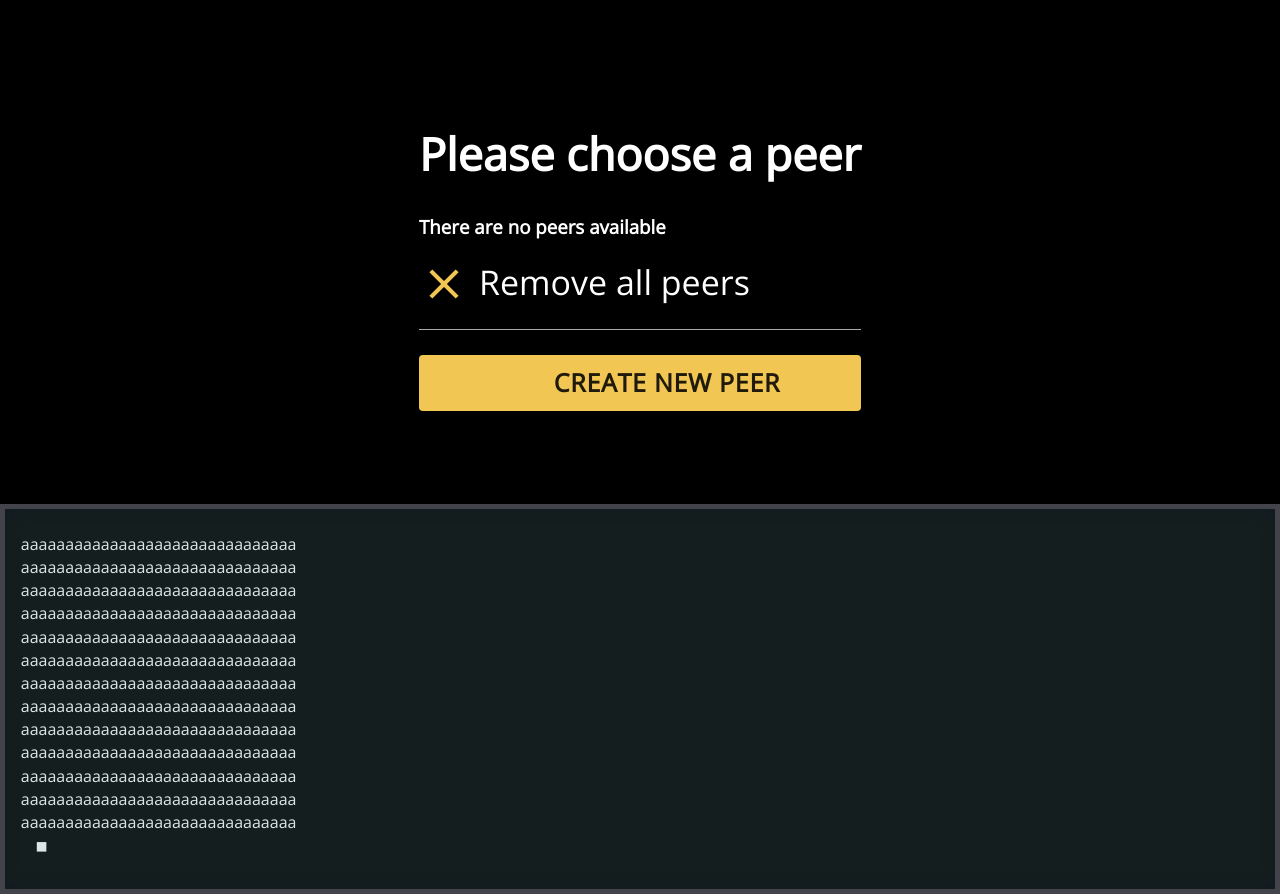
Repository: Bachdz/ASAP-Gui-Frontend
Page: /login
These files come from the project's save history. The page is drawn as it stood at one moment and after the next save; the edit follows.
The browser window is 1280 px wide. The pictures show the whole page.
The page's requests for data from a server got no answer. The project was rebuilt for these pictures with package versions that can differ from the ones it lists, and the page was loaded fresh each time. No one was signed in, and anything a server would have sent is missing. Also part of the build but not shown: src/css/loginscreen/Peer.css, src/components/fragments/Footer.js, src/components/mainscreen/subcomponents/Apps.js, src/css/mainscreen/Main.css, src/components/mainscreen/Main.js.

Above is the page before, as saved 2020-12-16 19:49:41.

After the next save:
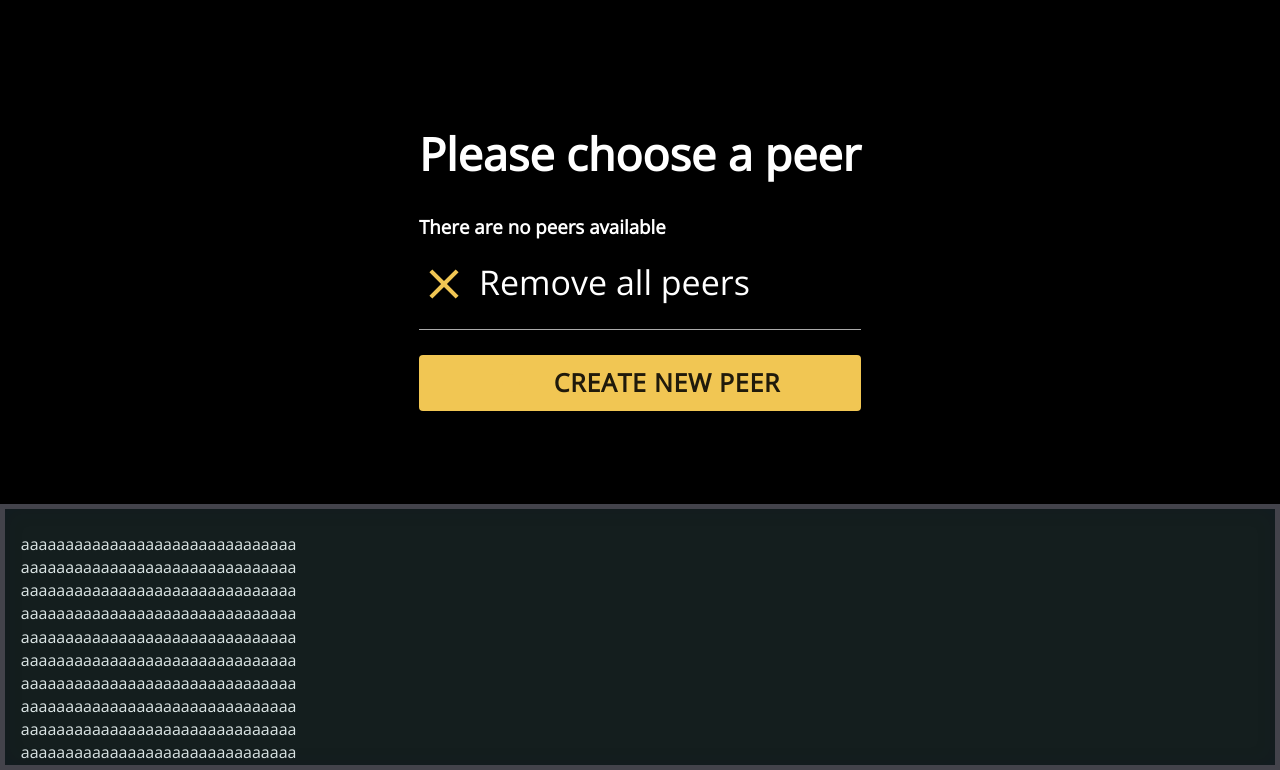
Saved 13 s later.
--- a/src/css/Terminal.css
+++ b/src/css/Terminal.css
@@ -82,7 +82,7 @@
 }
 
 .i-has-teh-code {
-    height: 100%;
+    height: 200px;
     overflow-y: scroll;
     white-space: pre-wrap;
     background: #141e1e;
